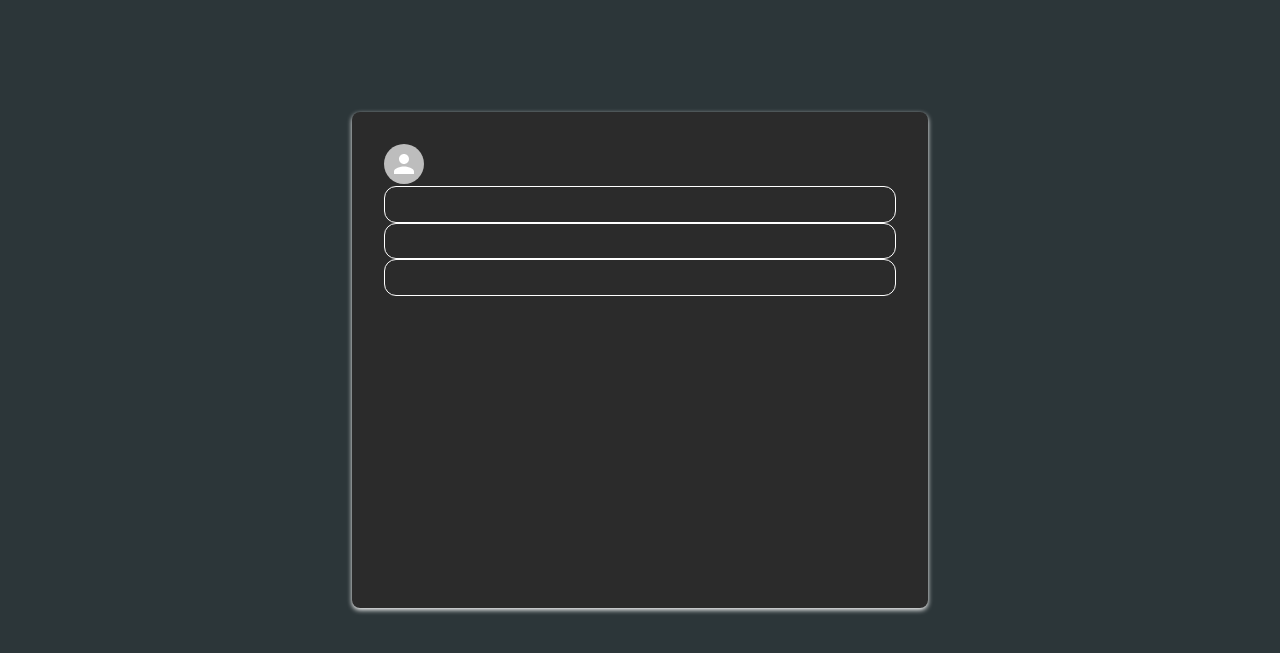
Repository: IzzaSuni/Izza-ToDo
Page: /publicNote/Private/profile
The author's editor kept a copy of each file at every save. The page is drawn from the files as they stood at one save, then again after the next save.
The browser window is 1280 px wide. The pictures show the whole page.
The project was rebuilt for these pictures with package versions that can differ from the ones it lists, and the page was loaded fresh each time. Also part of the build but not shown: src/App.css, src/services.js, src/components/List.js, src/components/Filter.js, src/components/ohayo.js, src/utils/Query.js, src/components/navbar.js, src/components/MainPage.js and 4 more.

Above is the page before, as saved 2022-08-20 11:26:40.

### public/index.html
<!DOCTYPE html>
<html lang="en">
  <head>
    <meta charset="utf-8" />
    <link rel="icon" href="%PUBLIC_URL%/AKU.svg" />
    <meta name="viewport" content="width=device-width, initial-scale=1" />
    <meta name="theme-color" content="#000000" />
    <meta name="description" />
    <link rel="apple-touch-icon" href="%PUBLIC_URL%/logo192.png" />
    <!--
      manifest.json provides metadata used when your web app is installed on a
      user's mobile device or desktop. See https://developers.google.com/web/fundamentals/web-app-manifest/
    -->
    <link rel="manifest" href="%PUBLIC_URL%/manifest.json" />
    <!--
      Notice the use of %PUBLIC_URL% in the tags above.
      It will be replaced with the URL of the `public` folder during the build.
      Only files inside the `public` folder can be referenced from the HTML.

      Unlike "/favicon.ico" or "favicon.ico", "%PUBLIC_URL%/favicon.ico" will
      work correctly both with client-side routing and a non-root public URL.
      Learn how to configure a non-root public URL by running `npm run build`.
    -->
    <title>My Notes</title>
  </head>
  <body>
    <noscript>You need to enable JavaScript to run this app.</noscript>
    <div id="root"></div>
    <!--
      This HTML file is a template.
      If you open it directly in the browser, you will see an empty page.

      You can add webfonts, meta tags, or analytics to this file.
      The build step will place the bundled scripts into the <body> tag.

      To begin the development, run `npm start` or `yarn start`.
      To create a production bundle, use `npm run build` or `yarn build`.
    -->
  </body>
</html>

### src/index.js
import React from "react";
import ReactDOM from "react-dom/client";
import "./index.css";
import App from "./App";
import reportWebVitals from "./reportWebVitals";
import { ThemeProvider } from "@mui/material";
import Theme from "./utils/Theme";
const root = ReactDOM.createRoot(document.getElementById("root"));
root.render(
  <ThemeProvider theme={Theme}>
    <React.StrictMode>
      <App />
    </React.StrictMode>
  </ThemeProvider>
);

// If you want to start measuring performance in your app, pass a function
// to log results (for example: reportWebVitals(console.log))
// or send to an analytics endpoint. Learn more: https://bit.ly/CRA-vitals
reportWebVitals();

### src/index.css
@import url("https://fonts.googleapis.com/css2?family=Poppins:ital,wght@0,100;0,200;0,300;0,400;0,500;0,600;0,700;0,800;0,900;1,100;1,200;1,300;1,400;1,500;1,600;1,700;1,800;1,900&display=swap");
body {
  margin: 0;
  font-family: "Poppins", -apple-system, BlinkMacSystemFont, "Segoe UI",
    "Roboto", "Oxygen", "Ubuntu", "Cantarell", "Fira Sans", "Droid Sans",
    "Helvetica Neue", sans-serif;
  -webkit-font-smoothing: antialiased;
  -moz-osx-font-smoothing: grayscale;
  font-smooth: antialiased;
  box-sizing: border-box;
  background-color: #2c3639;
}
button[type="button"] {
  font-size: 10px;
}
svg {
  font-size: 16px !important;
}
code {
  font-family: source-code-pro, Menlo, Monaco, Consolas, "Courier New",
    monospace;
}
#cok:focus-within {
  box-shadow: 0px 1px 0px rgba(0, 0, 0, 0.555);
  transition: all 0.2s;
}
#cok,
#edit {
  box-shadow: 0px;
  transition: all 0.6s;
}
input {
  color: white !important;
  font-family: poppins;
}
textarea {
  color: white !important;
  font-family: poppins;
}
input:-webkit-autofill,
input:-webkit-autofill:hover,
input:-webkit-autofill:focus,
input:-webkit-autofill:active {
  -webkit-box-shadow: 0 0 0 30px #e7f6f2 inset !important;
  box-shadow: 0 0 0 30px #e7f6f2 inset !important;
}
input:disabled {
  -webkit-text-fill-color: black !important;
}
textarea:disabled {
  -webkit-text-fill-color: black !important;
}
#edit:focus-visible {
  box-shadow: 0px 1px 0px rgba(0, 0, 0, 0.555);
  transition: all 0.2s;
}
input#searchBar {
  padding: 4px 8px;
}

.grid {
  display: grid;
  gap: 10px;
  grid-template-columns: repeat(auto-fill, minmax(120px, 1fr));
  grid-template-rows: masonry;
}

.my-masonry-grid {
  display: -webkit-box; /* Not needed if autoprefixing */
  display: -ms-flexbox; /* Not needed if autoprefixing */
  display: flex;
  width: auto;
}
.my-masonry-grid_column {
  /* padding-left: 5px; gutter size */
  background-clip: padding-box;
}

/* Style your items */
.my-masonry-grid_column > div {
  /* change div to reference your elements you put in <Masonry> */
  margin-bottom: 10px;
}

::-webkit-scrollbar {
  width: 6px;
  height: 2px;
}

::-webkit-scrollbar-track {
  box-shadow: inset 0 0 10px transparent;
  border-radius: 10px;
}

/* Handle */
::-webkit-scrollbar-thumb {
  border: 2px solid rgba(0, 0, 0, 0);
  background-clip: padding-box;
  border-radius: 10px;
  background-color: #303030;
}

.shadow {
  box-shadow: 0px 2px 5px white;
}
.MuiPopover-paper {
  background: #2b2b2b !important;
  box-shadow: 0px 2px 5px white !important;
}

/* responsive=============================================================================== */
#mainContainer {
  display: block;
  height: 100vh;
}
@media (max-width: 900px) {
  #mainForm {
    display: none;
  }
  #ohayoSmall {
    text-align: center;
    position: sticky;
    width: 100vw;
  }
  #ohayoBig {
    display: none;
  }

  #listForm {
    width: 100%;
  }
  #buttonAddNotes {
    position: sticky;
    bottom: 0;
    width: 100vw;
    height: 52px !important;
    text-align: center;
    border-radius: 16px 16px 0 0;
  }
}
@media (min-width: 900px) {
  #buttonAddNotes {
    display: none;
  }
  #mainContainer {
    display: block;
  }
  #ohayoSmall {
    display: none;
  }
}

#loginButton:hover {
  background: transparent !important;
}

### src/App.js
import "./App.css";
import Layout from "./components/Layout";
import MainPage from "./components/MainPage";
import { BrowserRouter as Router, Switch, Route } from "react-router-dom";
import Login from "./components/Login";
import CreateAccount from "./components/CreateAccount";
import MainPageLoged from "./components/MainPageLoged";
import Profile from "./components/Profile";

function App({}) {
  return (
    <div className="App">
      <Router>
        <Switch>
          <Route exact path="/publicNote">
            <Layout>
              <MainPage />
            </Layout>
          </Route>
          <Route path={"/login"}>
            <Layout>
              <Login />
            </Layout>
          </Route>
          <Route path={"/signUp"}>
            <Layout>
              <CreateAccount />
            </Layout>
          </Route>
          <Route exact path={"/publicNote/Private"}>
            <Layout>
              <MainPageLoged />
            </Layout>
          </Route>
          <Route exact path={"/publicNote/Private/profile"}>
            <Layout>
              <Profile />
            </Layout>
          </Route>
          <Route path="*">
            <main style={{ padding: "1rem" }}>
              <p>There's nothing here!</p>
            </main>
          </Route>
        </Switch>
      </Router>
    </div>
  );
}

export default App;

### src/utils/Theme.js
import { green } from "@mui/material/colors";
import { createTheme, ThemeProvider } from "@mui/material/styles";

export const background = "#FCE7E7";
export const Black = "#303030";
export const Green = "#E7F634";
export const Disable = "#97A8A8";

export const Screensize = {
  mobile: 0,
  tablet: 900,
  laptop: 1350,
  desktop: 1700,
};

export const colors = {
  background,
  Black,
  Green,
  Disable,
};
export const theme = createTheme({
  breakpoints: {
    values: {
      mobile: 0,
      tablet: 900,
      laptop: 1350,
      desktop: 1700,
    },
  },
  typography: {
    fontFamily: "Poppins",
    fontSize: 12,
    allVariants: {
      color: "white ",
    },
  },
  components: {
    MuiButton: {
      styleOverrides: {
        root: {
          textTransform: "none",
          fontFamily: "Poppins !important",
        },
      },
    },
  },
});

export default theme;

### src/components/Layout.js
import { Box } from "@mui/material";

const Layout = ({ children }) => {
  return (
    <Box
      height={"100vh"}
      width={`calc("100vw - 32px")`}
      display={"flex"}
      alignItems={"center "}
    >
      {children}
    </Box>
  );
};
export default Layout;

### src/components/Profile.js
import IsLogin from "../utils/isLogin";
import { makeStyles } from "@mui/styles";
import { Avatar, Box, Typography } from "@mui/material";
import Input from "./Input";

const useStyles = makeStyles({
  card: {
    height: "60vh",
    width: "40vw",
    background: "#2B2B2B",
    borderRadius: "8px",
    padding: "32px",
  },
  container: {
    height: "100vh",
    width: "100vw",
    display: "flex",
    justifyContent: "center",
    alignItems: "center",
  },
});

export default function Profile() {
  const { user, signed } = IsLogin();
  const classes = useStyles();
  console.log(user.user);
  return (
    <>
      <Box className={classes.container}>
        <Box className={`${classes.card} shadow`}>
          <Box display="inline-flex">
            <Avatar src={user.picture}></Avatar>
            <Typography sx={{ pl: 2 }} alignSelf={"center"} variant={"h5"}>
              {user.user}
            </Typography>
          </Box>
          <Box>
            <Input type="email" defVal={user.user} isdisabled={true} />
            <Input type="email" defVal={user.email} isdisabled />
            <Input type="email" defVal={user.user} isdisabled />
          </Box>
        </Box>
      </Box>
    </>
  );
}

### src/components/Input.js
import { makeStyles } from "@mui/styles";
import {
  Box,
  Button,
  FormControl,
  InputAdornment,
  InputBase,
  InputLabel,
  MenuItem,
  Select,
  TextField,
  Typography,
} from "@mui/material";
//icons
import EditIcon from "@mui/icons-material/Edit";
import DeleteIcon from "@mui/icons-material/Delete";
import ClearIcon from "@mui/icons-material/Clear";
import DoneIcon from "@mui/icons-material/Done";
import { useState } from "react";
import { LoadingButton } from "@mui/lab";

const useStyles = makeStyles({
  paper: {
    height: "100%",
    width: "20%",
    background: "#E7F6F2 !important",
    borderRadius: "16px",
    overflow: "auto",
  },
  paperList: {
    height: "100%",
    width: "80%",
    flexWrap: "wrap",
    background: "#CEE5D0 !important",
    overflow: "auto",
  },
  Button: {
    "&.MuiButton-root": {
      textTransform: "none !important",
      color: "white",
      background: "transparent ",
      borderRadius: "32px",
      border: "1px solid white",
      padding: "4px 16px",
      "&:hover": {
        background: "#693737",
        color: "white ",
      },
      "&:active": {
        background: "#693737",
        color: "white ",
      },
      "& .MuiLoadingButton-loadingIndicator": {
        color: "white !important",
      },
      "&.Mui-disabled": {
        color: "rgba(255, 255, 255, 0.541)",
      },
    },
  },
  TextField: {
    "&:hover fieldset": {
      borderColor: "#100F0F !important",
      color: "white",
    },
    "& label.Mui-focused": {
      color: "white",
    },
    "& fieldset": {
      borderColor: "white !important",
    },
    "&.Mui-focused fieldset": {
      borderColor: "white !important",
    },
    "& .MuiOutlinedInput-root": {
      borderRadius: "12px !important",
      color: "white",
    },
  },
  TextFields: {
    "& .MuiInputBase-input": {
      padding: "0px !important",
      borderBottom: "1px white dashed !important",
      width: "100%",
    },
  },
  login: {
    "&:hover fieldset": {
      borderColor: "white !important",
    },
    "& label.Mui-focused": {
      color: "black",
    },
    "& fieldset": {
      borderColor: "white !important",
    },
    "&.Mui-focused fieldset": {
      borderColor: "white !important",
    },
    "& .MuiOutlinedInput-root": {
      borderRadius: "12px !important",
    },
  },
  form: {
    justifytitle: "space-between",
    width: ` 100% `,
    marginTop: "32px",
  },
  editForm: { width: "100%", display: "flex", padding: "0px 8px" },
  smallBox: {
    height: "10px",
    width: "10px",
    marginRight: "32px",
    borderRadius: "16px",
    paddingLeft: "16px",
    border: "1px dashed black",
  },
  Menu: {
    "&.MuiMenu-list": {
      background: "#2B2B2B",
      borderRadius: "12px",
      padding: "16px",
      width: "250px",
    },
    "& .MuiMenuItem-root": {
      padding: "0px",
    },
  },
});

export default function Input({
  type,
  select,
  hdlChange,
  children,
  defVal,
  hdlEdit,
  onClickBtn,
  color,
  className,
  label,
  placeholder,
  inputType,
  loading,
  maxchar,
  isdisabled,
  icon,
  id,
}) {
  const [anchorEl, setAnchorEl] = useState(null);

  const renderButton = ({ value, type }) => {
    return type === "delete" ? (
      value.isedit ? (
        <>
          <DoneIcon />
        </>
      ) : (
        <>
          <DeleteIcon />
        </>
      )
    ) : value.isedit ? (
      <>
        <ClearIcon sx={{ ml: 1 }} />
      </>
    ) : (
      <>
        <EditIcon sx={{ ml: 1 }} />
      </>
    );
  };

  const classes = useStyles();
  const renderInput = () => {
    switch (type) {
      case "text":
        return (
          <TextField
            size={"small"}
            label={"Title"}
            placeholder="Type the title here"
            className={classes.TextField}
            required
            inputProps={{ maxLength: "20" }}
            sx={{ width: "100%", marginBottom: 3 }}
          />
        );
      case "email":
        return (
          <TextField
            size={"small"}
            defaultValue={defVal}
            label={label}
            placeholder={label}
            className={classes.login}
            type={inputType}
            inputProps={{ maxLength: maxchar }}
            InputProps={icon}
            disabled={isdisabled}
            sx={{
              width: "100%",
              marginBottom: 3,
              "&.MuiFormControl-root": {
                marginBottom: 0,
              },
              "& .Mui-focused": {
                color: "white !important",
              },
              "& .Mui-disabled": {
                WebkitTextFillColor: "rgb(255 255 255 / 40%) !important",
              },

            }}
            onChange={hdlChange}
          />
        );
      case "multiline":
        return (
          <TextField
            label={"Description"}
            size={"medium"}
            placeholder="Type the description here"
            className={classes.TextField}
            multiline
            sx={{ width: "100%", marginBottom: 3, borderRadius: 12 }}
          />
        );
      case "select":
        return (
          <FormControl
            fullWidth
            className={`${classes.TextField} `}
            sx={{
              marginBottom: "24px",
            }}
            id="kontol"
          >
            <InputLabel id="catLabel">Select Category</InputLabel>
            <Select
              id="catuu"
              label="Select Category"
              onChange={hdlChange}
              defaultChecked={false}
              required
              className={`${classes.Menu}`}
            >
              <MenuItem value={"Reminder"} disabled>
                Select a category
              </MenuItem>
              <MenuItem value={"Work"}>Work</MenuItem>
              <MenuItem value={"To do"}>To do</MenuItem>
              <MenuItem value={"Money"}>Money</MenuItem>
              <MenuItem value={"Reminder"}>Reminder</MenuItem>
              <MenuItem value={"Assignment"}>Task</MenuItem>
              <MenuItem value={"Study"}>Study</MenuItem>
            </Select>
          </FormControl>
        );

      case "button":
        return (
          <Button
            disableRipple
            type="submit"
            variant="contained"
            className={classes.Button}
            sx={className}
          >
            {children}
          </Button>
        );
      case "buttonLoading":
        return (
          <LoadingButton
            disableRipple
            type="submit"
            variant="contained"
            loading={loading}
            className={classes.Button}
            sx={className}
            disabled={isdisabled}
            loadingPosition="end"
          >
            {children}
          </LoadingButton>
        );
      case "buttonCustom":
        return (
          <Button
            disableRipple
            type="button"
            onClick={onClickBtn}
            className={`${classes.Button}`}
            id={id}
            style={className}
          >
            {children}
          </Button>
        );

      case "editTitle":
        return (
          <InputBase
            defaultValue={defVal.title}
            onChange={hdlEdit}
            className={classes.TextFields}
            disabled={defVal.isedit === true ? false : true}
            sx={{
              fontSize: "16px !important",
            }}
          />
        );
      case "editDesc":
        return (
          <InputBase
            sx={{
              width: "100%",
              padding: "0px !important",
              mt: 2,
              lineHeight: "18px",
            }}
            defaultValue={defVal.desc}
            onChange={hdlEdit}
            className={classes.TextFields}
            disabled={defVal.isedit === true ? false : true}
            multiline
          />
        );
      case "divider":
        return (
          <Box
            height={"1px"}
            width="100%"
            bgcolor={"#CEE5D0"}
            mx={2}
            variant="middle"
            alignSelf={"center "}
          />
        );
      default:
        break;
    }
  };
  return renderInput();
}

### src/utils/isLogin.js
import jwtDecode from "jwt-decode";
import Cookies from "universal-cookie";


const IsLogin = () => {
  const secret = process.env.REACT_APP_SECRET_TOKEN;
  const cookies = new Cookies();
  const bearer = cookies.get("akikToken");

  const signed = bearer ? jwtDecode(bearer).aud === secret : false;
  const user = bearer
    ? {
        user: jwtDecode(bearer).name,
        email: jwtDecode(bearer).email,
        isVerifiedEmail: jwtDecode(bearer).email_verified,
        userId: jwtDecode(bearer).user_id,
        picture: jwtDecode(bearer).picture,
      }
    : {};

  return { signed, user };
};

export default IsLogin;

Loaded but not shown: src/reportWebVitals.js (common file)

After the next save:
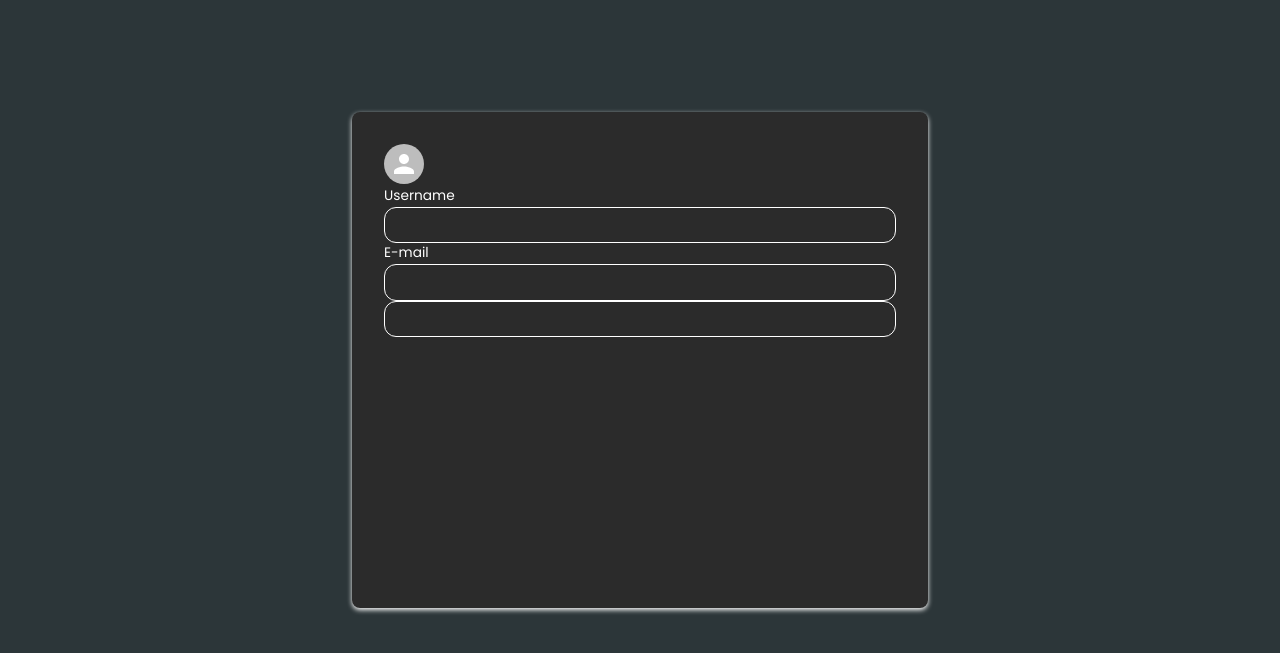
Saved 29 s later.
--- a/src/components/Profile.js
+++ b/src/components/Profile.js
@@ -35,7 +35,9 @@ export default function Profile() {
             </Typography>
           </Box>
           <Box>
+            <Typography>Username</Typography>
             <Input type="email" defVal={user.user} isdisabled={true} />
+            <Typography>E-mail</Typography>
             <Input type="email" defVal={user.email} isdisabled />
             <Input type="email" defVal={user.user} isdisabled />
           </Box>
